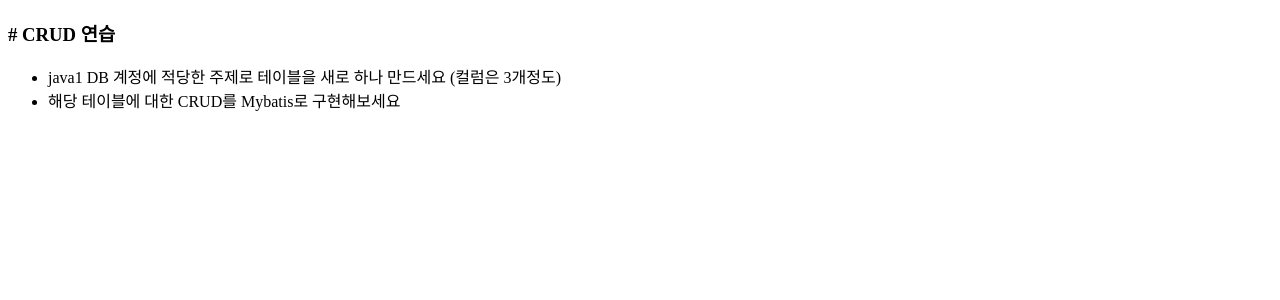
Repository: sirius455/spring-workspace
Page: http://localhost/Practice_SpringMVC/WEB-INF/views/CRUD.jsp
These files come from the project's save history. The page is drawn as it stood at one moment and after the next save; the edit follows.
The browser window is 1280 px wide. The pictures show the whole page.
The page is served by Tomcat 9. Nobody is signed in. The template is opened directly, without the code that normally fills it, so the values that code supplies are empty.

Above is the page before, as saved 2021-08-02 02:05:35.

After the next save:
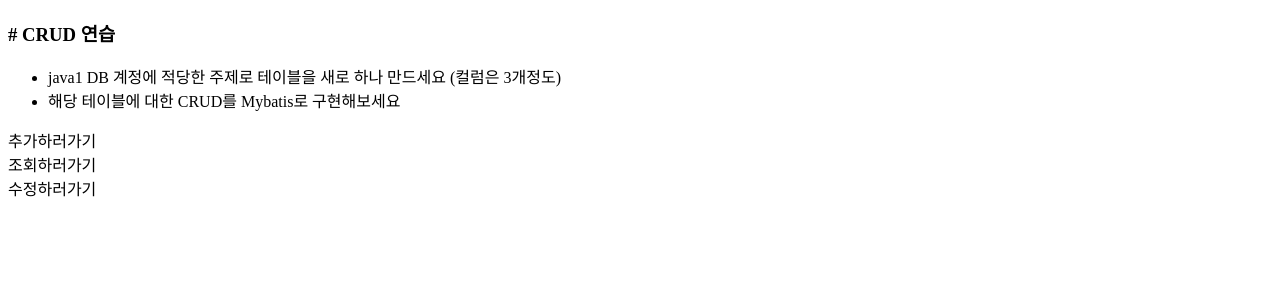
Saved 29 s later.
--- a/Practice_SpringMVC/src/main/webapp/WEB-INF/views/CRUD.jsp
+++ b/Practice_SpringMVC/src/main/webapp/WEB-INF/views/CRUD.jsp
@@ -14,5 +14,9 @@
 		<li>해당 테이블에 대한 CRUD를 Mybatis로 구현해보세요 </li>
 	</ul>
 
+추가하러가기 <br>
+조회하러가기 <br>
+수정하러가기 <br>
+
 </body>
 </html>
